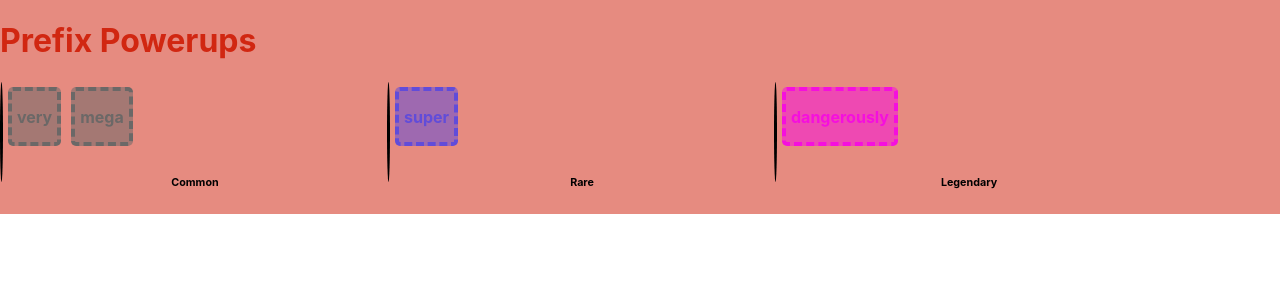
Repository: bsalgado98/buns-inator
Page: /
These files come from the project's save history. The page is drawn as it stood at one moment and after a run of saves; the edit follows.
The browser window is 1280 px wide. The pictures show the whole page.
The project was rebuilt for these pictures with package versions that can differ from the ones it lists, and the page was loaded fresh each time.

Above is the page before, as saved 2022-04-25 22:40:07.

### src/index.css
body {
    margin: 0;
    padding: 0;
    font-family: -apple-system, BlinkMacSystemFont, 'Segoe UI', 'Roboto', 'Oxygen',
        'Ubuntu', 'Cantarell', 'Fira Sans', 'Droid Sans', 'Helvetica Neue',
        sans-serif;
    -webkit-font-smoothing: antialiased;
    -moz-osx-font-smoothing: grayscale;
}

code {
    font-family: source-code-pro, Menlo, Monaco, Consolas, 'Courier New', monospace;
}

### src/App.js
import './App.css';
import WordBank from './components/WordBank/WordBank'

function App() {
    const wordList = {
        prefixPowerups: [
            {
                sectionTitle: "Common",
                words: ['very', 'mega'],
                color: "#6b6867"
            },
            {
                sectionTitle: "Rare",
                words: ['super'],
                color: "#614cd9"
            },
            {
                sectionTitle: "Legendary",
                words: ['dangerously'],
                color: "#f50fde"
            }
        ]
    }

    return (
        <div className="App">
            <WordBank bankTitle='Prefix Powerups' color="#d12711" wordCollection={wordList.prefixPowerups}/>
        </div>
    );
}

export default App;

### src/components/WordBank/WordBank.js
import createWordSection from "../../utility/wordSection"

const WordBank = ({ bankTitle = "N/A", color = "#000000", wordCollection = [] }) => {
    const styles = {
        container: {
            style: {
                backgroundColor: `${color}88`,
                display: 'flex',
                flexDirection: 'column'
            }
        },
        title: {
            style: {
                color: color
            },
            container: {
                style: {
                    display: 'flex',
                    width: '100%'
                }
            }
        },
        collectionArea: {
            style: {
                display: 'flex'
            },
            section: {
                style: {
                    display: 'flex',
                    flexDirection: 'column',
                    width: '30%'
                },
                wordArea: {
                    style: {
                        display: 'flex'
                    }
                }
            }
        },
        divider: {
            style: {
                height: '100px',
                width: '3px',
                backgroundColor: 'black',
                borderRadius: '50%'
            }
        }
    }
    return (
        <div style={styles.container.style}>
            <div style={styles.title.container.style}>
                <h1 style={styles.title.style}>{bankTitle}</h1>
            </div>
            <div style={styles.collectionArea.style}>
                {wordCollection.map((section, i) => {
                    return (
                        <>
                            <span style={styles.divider.style}></span>
                            <div key={`section-${i}`} style={styles.collectionArea.section.style}>
                                <div style={styles.collectionArea.section.wordArea.style}>
                                    {createWordSection(section.words, section.color)}
                                </div>
                                <h6>{section.sectionTitle}</h6>
                            </div>
                        </>
                    )
                })}
            </div>
        </div>
    )
}

export default WordBank

### src/utility/wordSection.js
import WordCard from "../components/WordCard/WordCard";

function createWordSection(words, wordColor) {
    return words.map((word, i) => <WordCard key={`word-${i}`} text={word} color={wordColor} />)
}

export default createWordSection

### src/components/WordCard/WordCard.js
const WordCard = ({ text = "N/A", color = "#000000" }) => {
    const styles = {
        container: {
            style: {
                background: `${color}88`,
                display: 'flex',
                border: `4px dashed ${color}`,
                margin: '5px',
                padding: '5px',
                borderRadius: '5px'
            }
        },
        text: {
            style: {
                color: color,
                fontSize: '16px'
            }
        }
    }
    return (
        <div style={styles.container.style}>
            <h1 style={styles.text.style}>{text}</h1>
        </div>
    )
}

export default WordCard

Loaded but not shown: public/index.html (common file); src/index.js (common file); src/reportWebVitals.js (common file); src/App.css (common file)

After the next 2 saves:
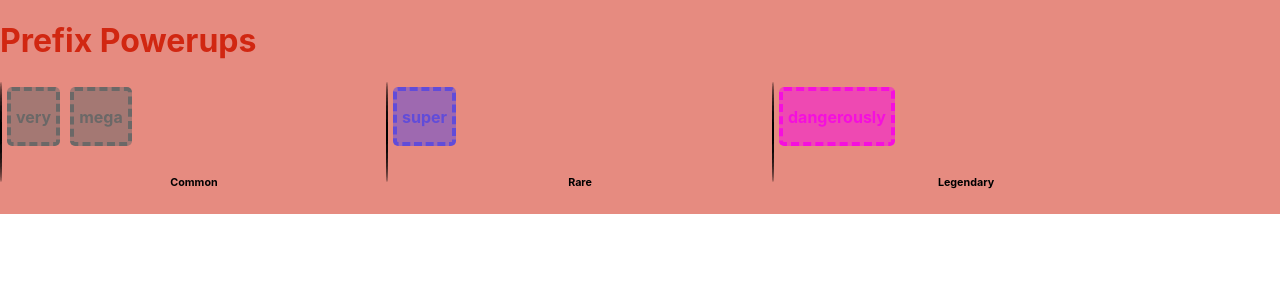
The 2 saves are shown as one change because they came seconds apart.
The last was saved 7 s later.
--- a/src/components/WordBank/WordBank.js
+++ b/src/components/WordBank/WordBank.js
@@ -40,7 +40,7 @@ const WordBank = ({ bankTitle = "N/A", color = "#000000", wordCollection = [] })
         divider: {
             style: {
                 height: '100px',
-                width: '3px',
+                width: '2px',
                 backgroundColor: 'black',
                 borderRadius: '50%'
             }
